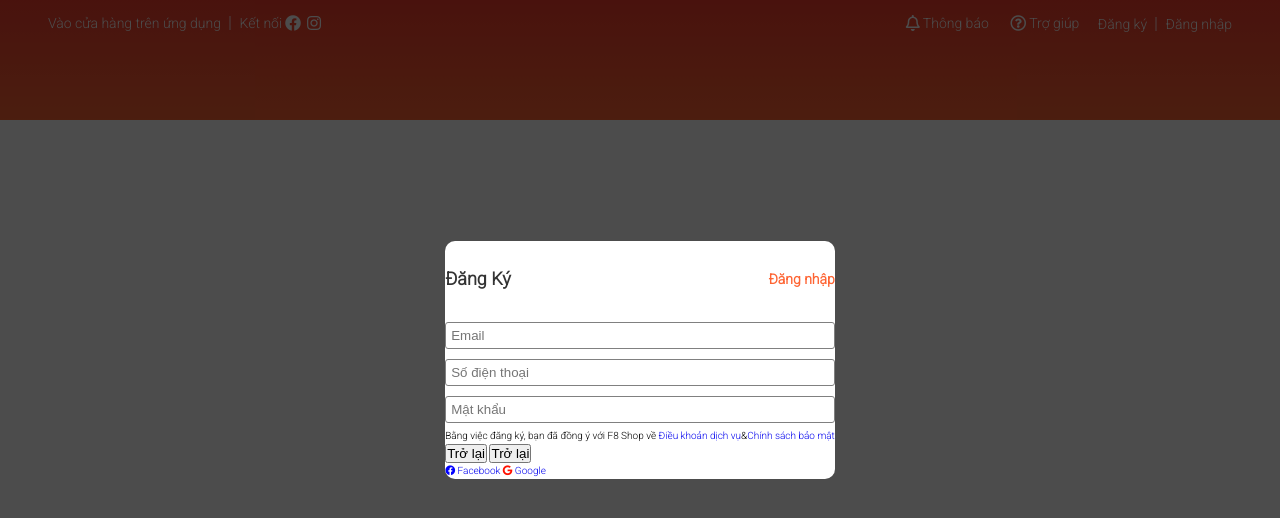
Repository: kebinh1235/Shopee-Demo
Page: index.html
The author's editor kept a copy of each file at every save. The page is drawn from the files as they stood at one save, then again after the next save.
The browser window is 1280 px wide. The pictures show the whole page.

Above is the page before, as saved 2021-10-01 22:26:11.

### index.html
<!DOCTYPE html>
<html lang="en">

<head>
  <meta charset="UTF-8">
  <meta http-equiv="X-UA-Compatible" content="IE=edge">
  <meta name="viewport" content="width=device-width, initial-scale=1.0">
  <title>F8 Shop</title>
  <link rel="stylesheet" href="./asset/css/main.css">
  <link rel="stylesheet" href="./asset/css/base.css">
  <link rel="stylesheet" href="https://cdnjs.cloudflare.com/ajax/libs/font-awesome/5.15.4/css/all.min.css">
</head>

<body>
  <div class="app">
    <header class="header">
      <div class="grid">
        <nav class="header__navbar">
          <ul class="header__navbar-list">
            <li class="header__navbar-item header__item-separator">
              Vào cửa hàng trên ứng dụng
              <div class="header__navbar-QRCode">
                <div class="header__navbar-QRCode-img">
                  <img
                    src="https://upload.wikimedia.org/wikipedia/commons/thumb/d/d0/QR_code_for_mobile_English_Wikipedia.svg/1200px-QR_code_for_mobile_English_Wikipedia.svg.png"
                    alt="">
                </div>
                <div class="header__navbar-QRCode-social">
                  <a class="header__navbar-QRCode-link" href="#">
                    <i class="fab fa-google header__navbar-QRCode-icon-google"></i>
                    <span class="header__navbar-QRCode-title-google">Google</span>
                  </a>
                  <a class="header__navbar-QRCode-link" href="#">
                    <i class="fab fa-facebook header__navbar-QRCode-icon-facebook"></i>
                    <span class="header__navbar-QRCode-title-facebook">Facebook</span>
                  </a>
                </div>
              </div>
            </li>
            <li class="header__navbar-item">
              <span class="user__select-none">Kết nối</span>
              <a class="header__navbar-link-icon" href="#">
                <i class="fab fa-facebook header__navbar-icon"></i>
              </a>
              <a class="header__navbar-link-icon" href="#">
                <i class="fab fa-instagram header__navbar-icon"></i>
              </a>
            </li>
          </ul>
          <ul class="header__navbar-list">
            <li class="header__navbar-item">
              <a href="#" class="header__navbar-link">
                <i class="far fa-bell header__navbar-icon"></i>
                Thông báo
              </a>
              <div class="header__navbar-notification">
                <div class="header__navbar-noti-heading">
                  <h3>Thông báo nhận hàng</h3>
                </div>
                <ul class="header__navbar-noti-list">
                  <li class="header__navbar-noti-list-item header__navbar-noti-list-viewd">
                    <a class="header__navbar-noti-list-link" href="#">
                      <img src="https://www.oberlo.com/media/1603958036-new-products.jpg" alt="">
                      <div class="header_navbar-noti-content">
                        <span class="header_navbar-noti-name">Xác thực chính hãng nguồn gốc các sản phẩm Ohui</span>
                        <span class="header_navbar-noti-description">Xác thực chính hãng nguồn gốc các sản phẩm
                          Ohui</span>
                      </div>
                    </a>
                  </li>
                  <li class="header__navbar-noti-list-item header__navbar-noti-list-viewd">
                    <a class="header__navbar-noti-list-link" href="#">
                      <img src="https://www.oberlo.com/media/1603958036-new-products.jpg" alt="">
                      <div class="header_navbar-noti-content">
                        <span class="header_navbar-noti-name">Xác thực chính hãng nguồn gốc các sản phẩm Ohui</span>
                        <span class="header_navbar-noti-description">Xác thực chính hãng nguồn gốc các sản phẩm
                          Ohui</span>
                      </div>
                    </a>
                  </li>
                  <li class="header__navbar-noti-list-item">
                    <a class="header__navbar-noti-list-link" href="#">
                      <img src="https://www.oberlo.com/media/1603958036-new-products.jpg" alt="">
                      <div class="header_navbar-noti-content">
                        <span class="header_navbar-noti-name">Xác thực chính hãng nguồn gốc các sản phẩm Ohui</span>
                        <span class="header_navbar-noti-description">Xác thực chính hãng nguồn gốc các sản phẩm
                          Ohui</span>
                      </div>
                    </a>
                  </li>
                </ul>
                <div class="header__navbar-noti-footer">
                  <a class="header__navbar-noti-footer-link" href="#">Xem tất cả</a>
                </div>
              </div>
            </li>
            <li class="header__navbar-item">
              <a href="#" class="header__navbar-link">
                <i class="far fa-question-circle header__navbar-icon"></i>
                Trợ giúp
              </a>
            </li>
            <li class="header__navbar-item">
              <a href="#" class="header__navbar-link header__item-bold header__item-separator">Đăng ký</a>
            </li>
            <li class="header__navbar-item">
              <a href="#" class="header__navbar-link header__item-bold">Đăng nhập</a>
            </li>
          </ul>
        </nav>
      </div>
    </header>

    <div class="container">

    </div>

    <div class="footer">

    </div>
    <!--Modal-->
    <div class="modal">
      <div class="modal__overlay"></div>
      <div class="modal__body">
        <div class="modal__inner">
          <div class="auth__form">
            <div class="auth__form-header">
                <h3 class="auth__form-heading">Đăng Ký</h3>
                <span class="authb__form-btn-switch">Đăng nhập</span>
            </div>
            <div class="auth__form-form">
              <div class="auth__form-group">
                <input class="auth__form-input" type="text" placeholder="Email">
              </div>
              <div class="auth__form-group">
                <input class="auth__form-input" type="text" placeholder="Số điện thoại">
              </div>
              <div class="auth__form-group">
                <input class="auth__form-input" type="text" placeholder="Mật khẩu">
              </div>
            </div>
            <div class="auth__form-note">
              <span>
                Bằng việc đăng ký, bạn đã đồng ý với F8 Shop về
                <a class="auth__form-note-link" href="#">Điều khoản dịch vụ</a>&<a class="auth__form-note-link" href="#">Chính sách bảo mật</a>
              </span>
            </div>
            <div class="auth__form-controls">
              <button class="btn">Trở lại</button>
              <button class="btn btn-primary">Trở lại</button>
            </div>
            <div class="auth__form-social">
              <a href="#" class="btn btn-with-icon">
                <i class="fab fa-facebook header__navbar-QRCode-icon-facebook"></i>
                Facebook
              </a>
              <a href="#" class="btn btn-with-icon">
                <i class="fab fa-google header__navbar-QRCode-icon-google"></i>
                Google
              </a>
            </div>
          </div>
        </div>
      </div>
    </div>
  </div>
</body>

</html>

### asset/css/main.css
.header {
  height: 120px;
  background: linear-gradient(0, #fe6433, #f53e2d)
}
.header__navbar {
  display: flex;
  justify-content: space-between;
  padding: 10px 0;
}
.header__navbar-QRCode{
  background: white;
  height: 200px;
  position: absolute;
  top: 30px;
  padding: 10px;
  display: none;
  animation: fadeIn ease-out .8s;
}
.header__navbar-item:hover .header__navbar-QRCode {
  display: block;
}
.header__navbar-item:hover .header__navbar-notification {
  display: block;
}
.header__navbar-QRCode-img{
  width: 160px;
}
.header__navbar-QRCode-img img {
  width: 100%;
}
.header__navbar-QRCode-social {
  display: flex;
  align-items: center;
  justify-content: space-between;
}
.header__navbar-QRCode-social:before {
  content: '';
  position: absolute;
  top: -8px;
  left: 0;
  width: 100%;
  height: 10px;
  background: transparent;
}
.header__navbar-QRCode-link {
  font-size: 1.4rem;
  color: var(--text-color);
}
.header__navbar-QRCode-title-google:hover {
  color: #ff1100;
  transition: var(--transition-primary);
}
.header__navbar-QRCode-title-facebook:hover {
  color: blue;
  transition: var(--transition-primary);
}
.header__navbar-QRCode-icon-google {
  color: #ff1100;
}
.header__navbar-QRCode-icon-facebook {
  color: blue;
}
.header__navbar-list {
  list-style: none;
}
.header__navbar-item {
  margin: 0 8px;
  position: relative;
  min-height: 26px;
}
.header__item-separator::after {
  content: '';
  position: absolute;
  right: -10px;
  top: 50%;
  transform: translateY(-50%);
  height: 12px;
  border: 1px solid #FB9086;
}
.header__navbar-item,
.header__navbar-link {
  display: inline-block;
  font-size: 1.4rem;
  color: var(--white-color);
  text-decoration: none;
  font-weight: 300;
}
.header__navbar-item:hover,
.header__navbar-link:hover,
.header__navbar-link-icon:hover {
  cursor: pointer;
  color: rgba(255, 255, 255, 0.7);
}
.header__navbar-item,
.header__navbar-link,
.header__navbar-link-icon {
  display: inline-flex;
  align-items: center;
}
.header__navbar-link-icon {
  color: var(--white-color);
}
.header__navbar-icon {
  font-size: 1.6rem;
  margin: 0 3px;
}
.header__item-bold {
  font-weight: 500;
}
.user__select-none {
  cursor: text;
  color: var(--white-color);
}
.header__navbar-notification{
  position: absolute;
  top: 35px;
  right: 0;
  width: 404px;
  background: var(--white-color);
  display: none;
  box-shadow: rgba(0, 0, 0, 0.16) 0px 1px 4px;
  animation: growthUp ease-in .3s;
  will-change: opacity, transform, scale;
  transform-origin: calc(100% - 20px) top;
}
.header__navbar-notification:before {
  content: "";
  position: absolute;
  top: -10px;
  right: 0;
  width: 100%;
  background: transparent;
  height: 15px;
}
.header__navbar-notification:after {
  content: "";
  position: absolute;
  top: -32px;
  right: 10px;
  border: 20px solid #000;
  border-color: transparent transparent var(--white-color) transparent;
}
.header__navbar-noti-heading{
  padding: 10px;
  box-shadow: rgba(0, 0, 0, 0.16) 0px 1px 4px;
  cursor: default;
}
.header__navbar-noti-heading h3 {
  font-size: 1.6rem;
  color: var(--text-color);
}
.header__navbar-noti-list{
  list-style: none;
  box-shadow: rgba(0, 0, 0, 0.16) 0px 1px 1px;
}
.header__navbar-noti-list-item{
  padding: 8px 10px;
}
.header__navbar-noti-list-viewd{
  background: #ffe3e3;
}
.header__navbar-noti-list-item:hover{
  background: #f3c8c8;
  transition: var(--transition-primary);
}
.header__navbar-noti-list-link{
  display: inline-flex;
  align-items: center;
}
.header__navbar-noti-list-link img{
  width: 60px;
  object-fit: contain;
}
.header_navbar-noti-content{
  padding-left: 10px;
}
.header_navbar-noti-name{
  font-size: 1.4rem;
  font-weight: bold;
  color: var(--text-color);
  margin-bottom: 5px;
  line-height: 2rem;
  text-align: justify;
  display: block;
}
.header_navbar-noti-description{
  font-size: 1.3rem;
  color: var(--text-color-rgb-black);
  display: block;
}
.header__navbar-noti-footer{
  padding: 10px;
  text-align: center;
  box-shadow: rgba(0, 0, 0, 10px) 0px 1px 1px;
}
.header__navbar-noti-footer-link{
  color: var(--text-color-rgb-black);
}

/*Start Modal*/
.modal{
  position: fixed;
  /* top: 0;
  right: 0;
  bottom: 0;
  left: 0; */
  inset: 0;
  display: flex;
}
.modal__overlay{
  position: absolute;
  width: 100%;
  height: 100%;
  background: rgba(0, 0, 0, 0.7);
}
.modal__body{
  margin: auto;
  background: var(--white-color);
  overflow: hidden;
  z-index: 1;
  border-radius: 10px;
}
.modal__inner{
  padding: 0;
}
.auth__form-padding {
  padding: 0 10px;
}
.auth__form-header{
  display: flex;
  justify-content: space-between;
  align-items: center;
  padding: 30px 0;
}
.auth__form-heading{
  font-size: 1.8rem;
  color: var(--text-color);
  font-weight: bold;
}
.authb__form-btn-switch{
  font-size: 1.4rem;
  color: var(--primary-color);
  font-weight: bold;
}
.auth__form-form{

}
.auth__form-group{
  padding: 5px 0;
  width: 100%;
}
.auth__form-input {
  width: 100%;
  padding: 5px;
  border-radius: 3px;
  overflow: hidden;
  border: 1px solid gray;
}
.auth__form-input:focus {
  outline: none;
}
.auth__form-note{

}
.auth_form-text {

}
.auth__form-controls{

}
.auth__form-social{

}

/*End Modal*/

### asset/css/base.css
@import url('https://fonts.googleapis.com/css2?family=Roboto:wght@300&display=swap');
:root {
  --white-color: #fff;
  --black-color: #000;
  --primary-color: #fe6433;
  --text-color: #333;
  --text-color-rgb-black: rgba(0, 0, 0, 0.7);
  --transition-primary: all .2s linear;
  --btn-primary: linear-gradient(0, #fe6433, #f53e2d);
}

* {
  margin: 0;
  padding: 0;
  box-sizing: inherit;
  text-decoration: none;
}

html {
  font-size: 62.5%;
  line-height: 1.6rem;
  border: none;
  outline: none;
  overflow: hidden;
  box-sizing: border-box;
  font-family: 'Roboto', sans-serif;
}

.grid {
  width: 1200px;
  max-width: 100%;
  margin: 0 auto;
}

.grid__full-width {
  width: 100%;
}

.grid__row {
  display: flex;
  flex-wrap: wrap;
}

/*Animation*/
@keyframes fadeIn {
  0% {
    opacity: 0;
  }
  100% {
    opacity: 1;
  }
}

@keyframes growthUp {
  0% {
    opacity: 0;
    transform: scale(0);
  }
  100% {
    opacity: 1;
    transform: scale(1);
  }
}

After the next save:
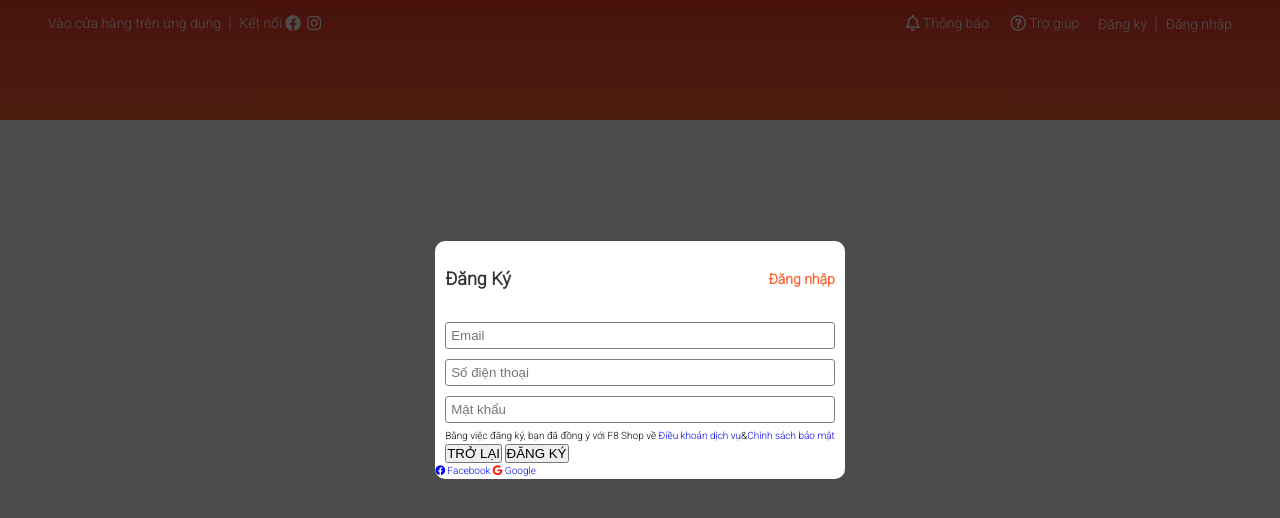
Saved 7 s later.
--- a/index.html
+++ b/index.html
@@ -124,30 +124,32 @@
       <div class="modal__body">
         <div class="modal__inner">
           <div class="auth__form">
-            <div class="auth__form-header">
-                <h3 class="auth__form-heading">Đăng Ký</h3>
-                <span class="authb__form-btn-switch">Đăng nhập</span>
-            </div>
-            <div class="auth__form-form">
-              <div class="auth__form-group">
-                <input class="auth__form-input" type="text" placeholder="Email">
+            <div class="auth__form-padding">
+              <div class="auth__form-header">
+                  <h3 class="auth__form-heading">Đăng Ký</h3>
+                  <span class="authb__form-btn-switch">Đăng nhập</span>
               </div>
-              <div class="auth__form-group">
-                <input class="auth__form-input" type="text" placeholder="Số điện thoại">
+              <div class="auth__form-form">
+                <div class="auth__form-group">
+                  <input class="auth__form-input" type="text" placeholder="Email">
+                </div>
+                <div class="auth__form-group">
+                  <input class="auth__form-input" type="text" placeholder="Số điện thoại">
+                </div>
+                <div class="auth__form-group">
+                  <input class="auth__form-input" type="text" placeholder="Mật khẩu">
+                </div>
               </div>
-              <div class="auth__form-group">
-                <input class="auth__form-input" type="text" placeholder="Mật khẩu">
+              <div class="auth__form-note">
+                <p class="auth_form-text">
+                  Bằng việc đăng ký, bạn đã đồng ý với F8 Shop về
+                  <a class="auth__form-note-link" href="#">Điều khoản dịch vụ</a>&<a class="auth__form-note-link" href="#">Chính sách bảo mật</a>
+                </p>
               </div>
-            </div>
-            <div class="auth__form-note">
-              <span>
-                Bằng việc đăng ký, bạn đã đồng ý với F8 Shop về
-                <a class="auth__form-note-link" href="#">Điều khoản dịch vụ</a>&<a class="auth__form-note-link" href="#">Chính sách bảo mật</a>
-              </span>
-            </div>
-            <div class="auth__form-controls">
-              <button class="btn">Trở lại</button>
-              <button class="btn btn-primary">Trở lại</button>
+              <div class="auth__form-controls">
+                <button class="btn">TRỞ LẠI</button>
+                <button class="btn btn-primary">ĐĂNG KÝ</button>
+              </div>
             </div>
             <div class="auth__form-social">
               <a href="#" class="btn btn-with-icon">
